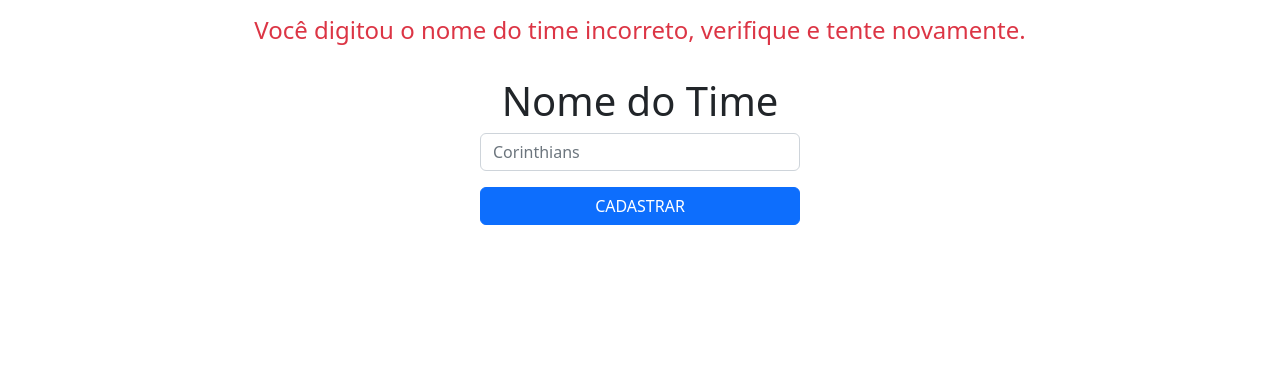
Repository: ricardodamaceno/Coeficiente-de-Variacao-de-Gols
Page: http://localhost/add-erro
The author's editor kept a copy of each file at every save. The page is drawn from the files as they stood at one save, then again after the next save.
The browser window is 1280 px wide. The pictures show the whole page.
The page is this project's Thymeleaf template; nobody is signed in. The template is opened directly, without the code that normally fills it, so the values that code supplies are empty.

Above is the page before, as saved 2022-09-17 16:00:52.

After the next save:
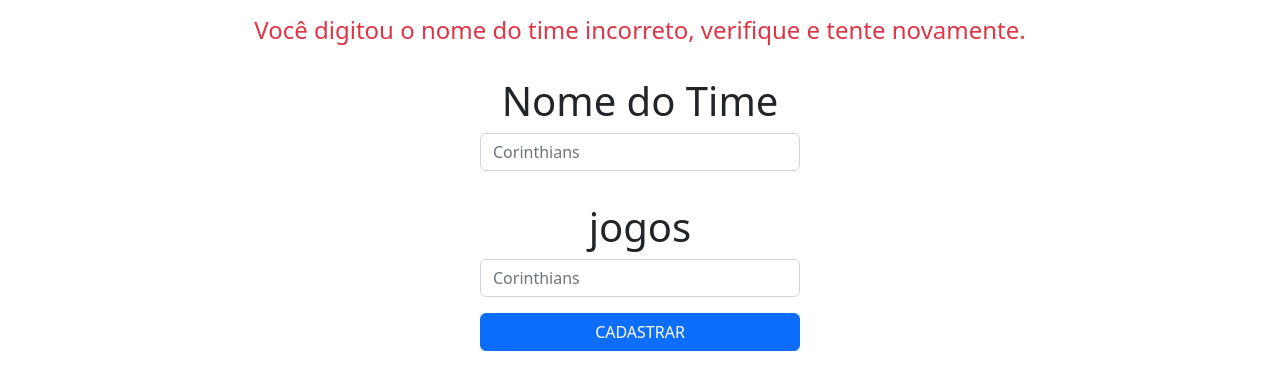
Saved 49 min 33 s later.
--- a/aposta-tozo/src/main/resources/templates/add-erro.html
+++ b/aposta-tozo/src/main/resources/templates/add-erro.html
@@ -20,6 +20,10 @@
 			<label for="exampleInputEmail1" class="form-label mt-3 h1">Nome do Time</label>
 			<input type="text" placeholder="Corinthians" class="form-control" name="nomeTime">
 		</div>
+		<div class="mb-3 text-center">
+			<label for="exampleInputEmail1" class="form-label mt-3 h1">jogos</label>
+			<input type="text" placeholder="Corinthians" class="form-control" name="nomeTime">
+		</div>
 		<button type="submit" class="btn btn-primary rounded mx-auto d-block col-md-12">CADASTRAR</button>
 	</form>
 </div>
